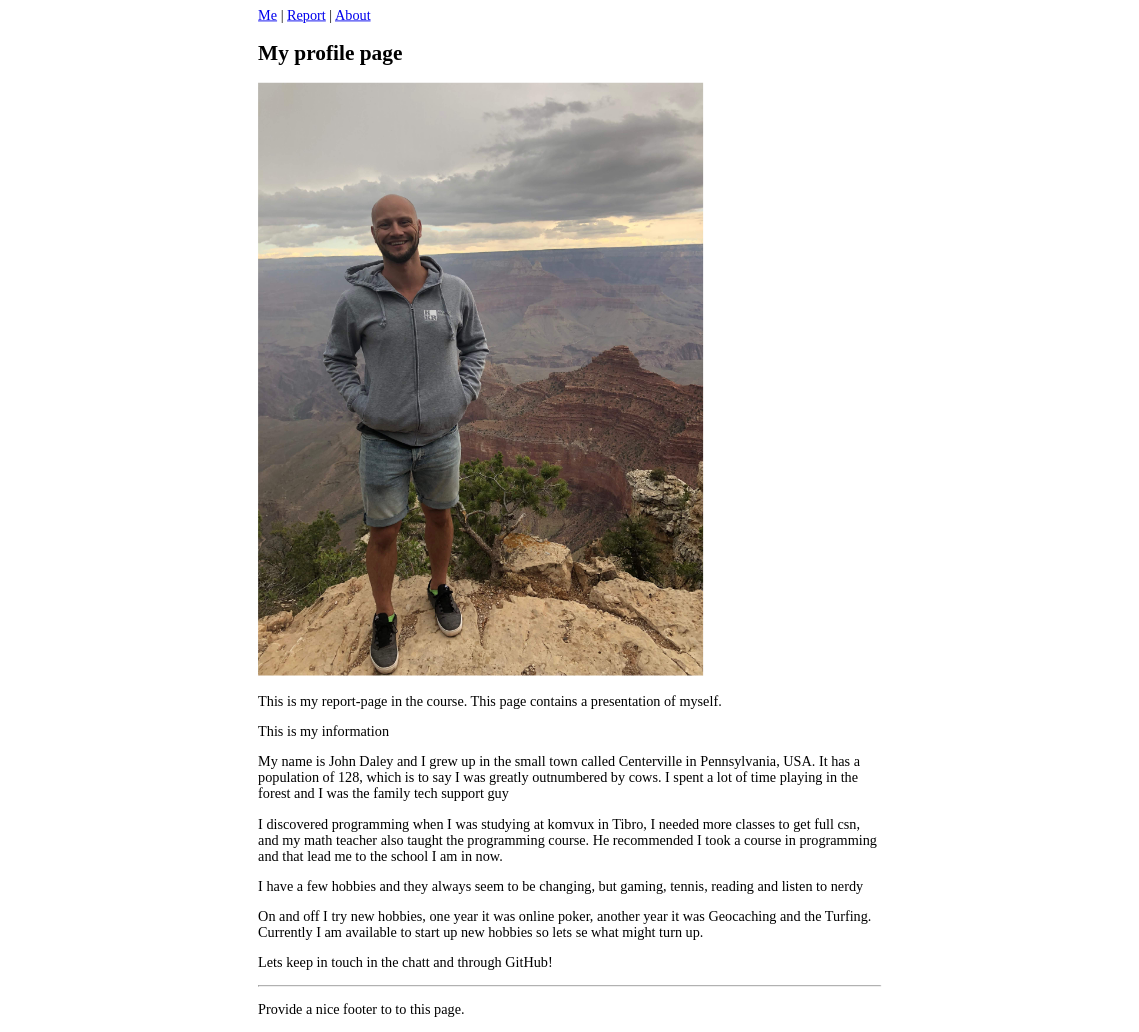
Repository: Webbprogrammering/websoft
Page: work/report/me.html
An editor plug-in stored every save of this project. The page is shown before and after the next save, followed by the edit.
The browser window is 1280 px wide. The pictures show the whole page, at 89% of full size.

Above is the page before, as saved 2020-01-23 20:48:38.

### work/report/me.html
<!doctype html>
<html lang="en">
<head>
    <meta charset="utf-8">
    <title>Presentation of my self in the course XXX</title>
    <link rel="stylesheet" href="css/style.css">
    <link rel="icon" href="favicon.ico">
</head>

<body>

<!--
Comments are written as HTML style.
-->


<header>
    <nav>
        <a href="https://john-daley.github.io/websoft/work/report/me">Me</a> |
        <a href="https://john-daley.github.io/websoft/work/report/report">Report</a> |
        <a href="https://john-daley.github.io/websoft/work/report/about">About</a>
    </nav>
</header>



<article>

<h1> My profile page</h1>

<p><img src="img/canyonProfile.jpeg" width="500" alt="Me on an image"></p>

<p>This is my report-page in the course. This page contains a presentation of myself.</p>

<p>This is my information</p>

<p>My name is John Daley and I grew up in the small town called Centerville in Pennsylvania, USA.
    It has a population of 128, which is to say I was greatly outnumbered by cows.
    I spent a lot of time playing in the forest and I was the family tech support guy
</p>

<p>I discovered programming when I was studying at komvux in Tibro, I needed more classes to get full csn, and my math teacher also taught the programming course. He recommended I took
    a course in programming and that lead me to the school I am in now.
</p>

<p>I have a few hobbies and they always seem to be changing, but gaming, tennis, reading and listen to nerdy </p>

<p>On and off I try new hobbies, one year it was online poker, another year it was Geocaching and the Turfing. Currently I am available to start up new hobbies so lets se what might turn up.</p>

<p>Lets keep in touch in the chatt and through GitHub!</p>

</article>

<footer>
    <hr>
    <p>Provide a nice footer to to this page.</p>
</footer>



<script type="text/javascript" src="js/main.js"></script>
</body>
</html>

### work/report/css/style.css
/*
 * Comments are written as C++ style.
 */
html {
    overflow-y: scroll;
}

body {
    margin: 8px auto;
    background: #fff;
    width: 700px;
}

Loaded but not shown: work/report/js/main.js (common file)

After the next save:
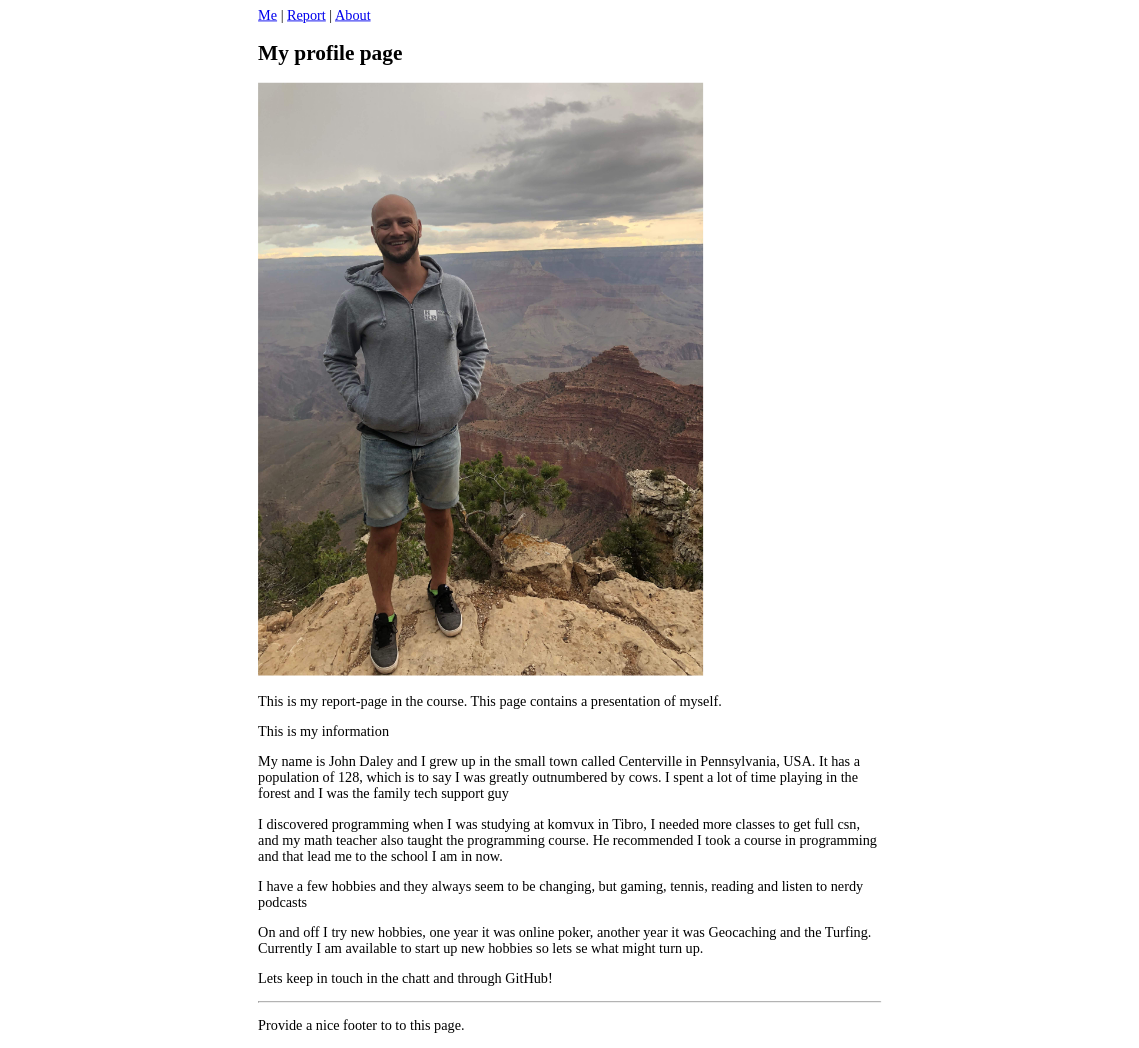
Saved 4 s later.
--- a/work/report/me.html
+++ b/work/report/me.html
@@ -43,7 +43,7 @@ Comments are written as HTML style.
     a course in programming and that lead me to the school I am in now.
 </p>
 
-<p>I have a few hobbies and they always seem to be changing, but gaming, tennis, reading and listen to nerdy </p>
+<p>I have a few hobbies and they always seem to be changing, but gaming, tennis, reading and listen to nerdy podcasts</p>
 
 <p>On and off I try new hobbies, one year it was online poker, another year it was Geocaching and the Turfing. Currently I am available to start up new hobbies so lets se what might turn up.</p>
 
